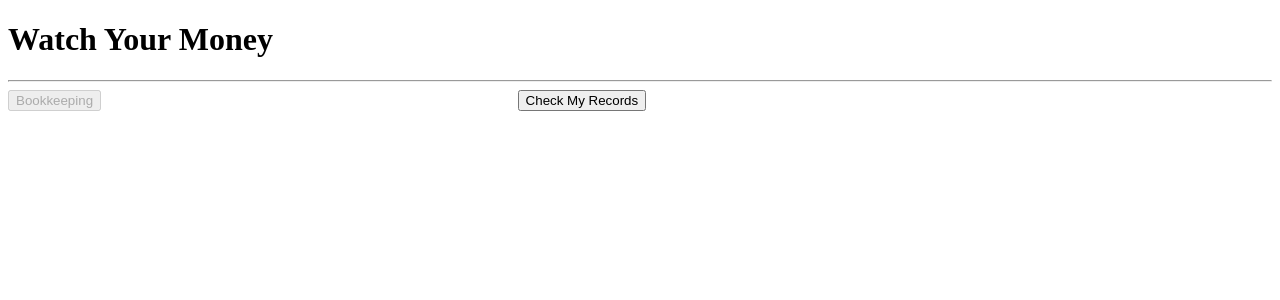
Repository: chelsea9869/Hackathon-TNT
Page: http://localhost/app/watch_your_money.php
An editor plug-in stored every save of this project. The page is shown before and after a run of saves, followed by the edit.
The browser window is 1280 px wide. The pictures show the whole page.
The page is run by PHP 8.4 with error messages shown; the project is at /var/www/html/.

Above is the page before, as saved 2020-09-05 10:51:56.

### app/watch_your_money.php
<!DOCTYPE html>
<html lang="en">
<head>
    <meta charset="UTF-8">
    <meta name="viewport" content="width=device-width, initial-scale=1.0">
    <title>Watch Your Money</title>
</head>
<body>
    <h1>Watch Your Money</h1>
    <hr>
    <div name='function'>
        <div id='bookkeeping' style="left:50px;width:40%;display: inline-table">
            <button disabled="disabled">Bookkeeping</button>
        </div>
        <div id='check_records' style="width:40%;display: inline-table">
            <button>Check My Records</button>
        </div>
    </div>
</body>
</html>

After the next 5 saves:
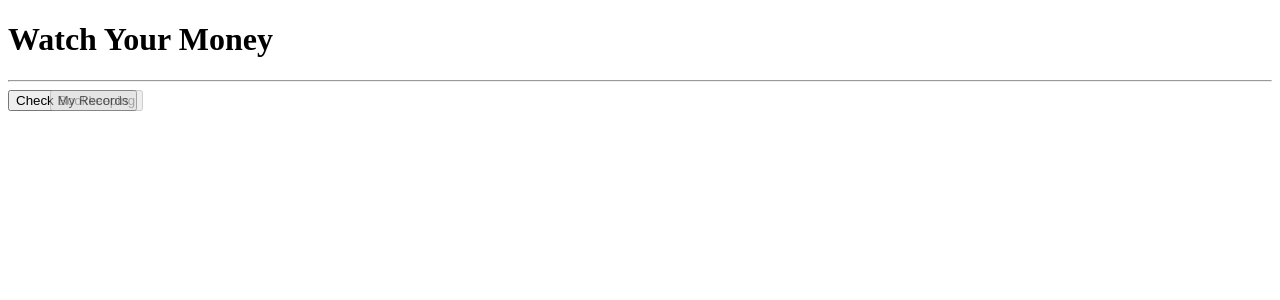
The 5 saves are shown as one change because they came seconds apart.
The last was saved 12 s later.
--- a/app/watch_your_money.php
+++ b/app/watch_your_money.php
@@ -9,7 +9,7 @@
     <h1>Watch Your Money</h1>
     <hr>
     <div name='function'>
-        <div id='bookkeeping' style="left:50px;width:40%;display: inline-table">
+        <div id='bookkeeping' style="left:50px;width:40%;display: inline-table;position:absolute">
             <button disabled="disabled">Bookkeeping</button>
         </div>
         <div id='check_records' style="width:40%;display: inline-table">
